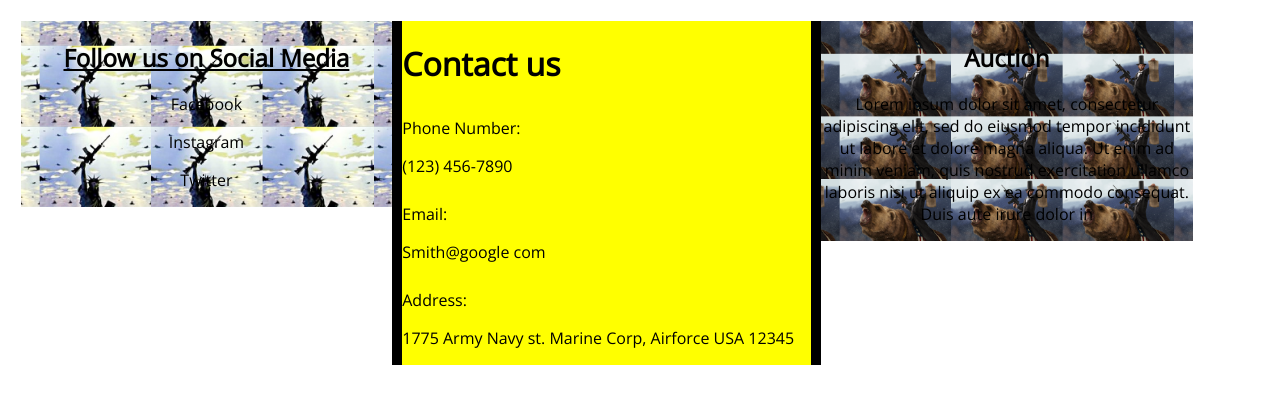
Repository: 3EyEdRav3n/10-2020-cohort-course
Page: week-1/Week-1 Assignment/index.html
These files come from the project's save history. The page is drawn as it stood at one moment and after the next save; the edit follows.
The browser window is 1280 px wide. The pictures show the whole page.

Above is the page before, as saved 2020-11-01 22:01:49.

After the next save:
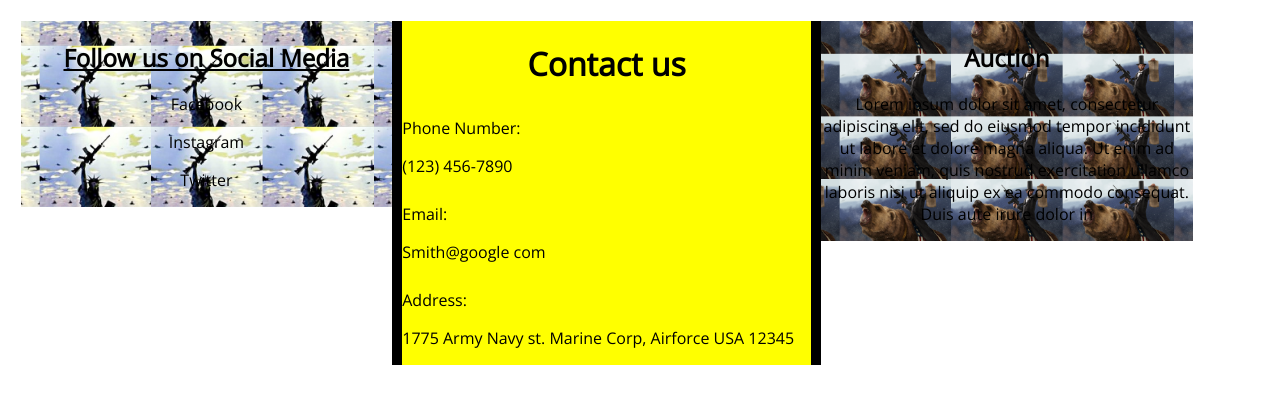
Saved 25 s later.
--- a/week-1/Week-1 Assignment/styles.css
+++ b/week-1/Week-1 Assignment/styles.css
@@ -33,6 +33,9 @@
         width: 30%;
 
 }
+.contact{
+        text-align: center;
+}
 .ph{
         padding-top: 10px;
         padding-bottom: 0px;
